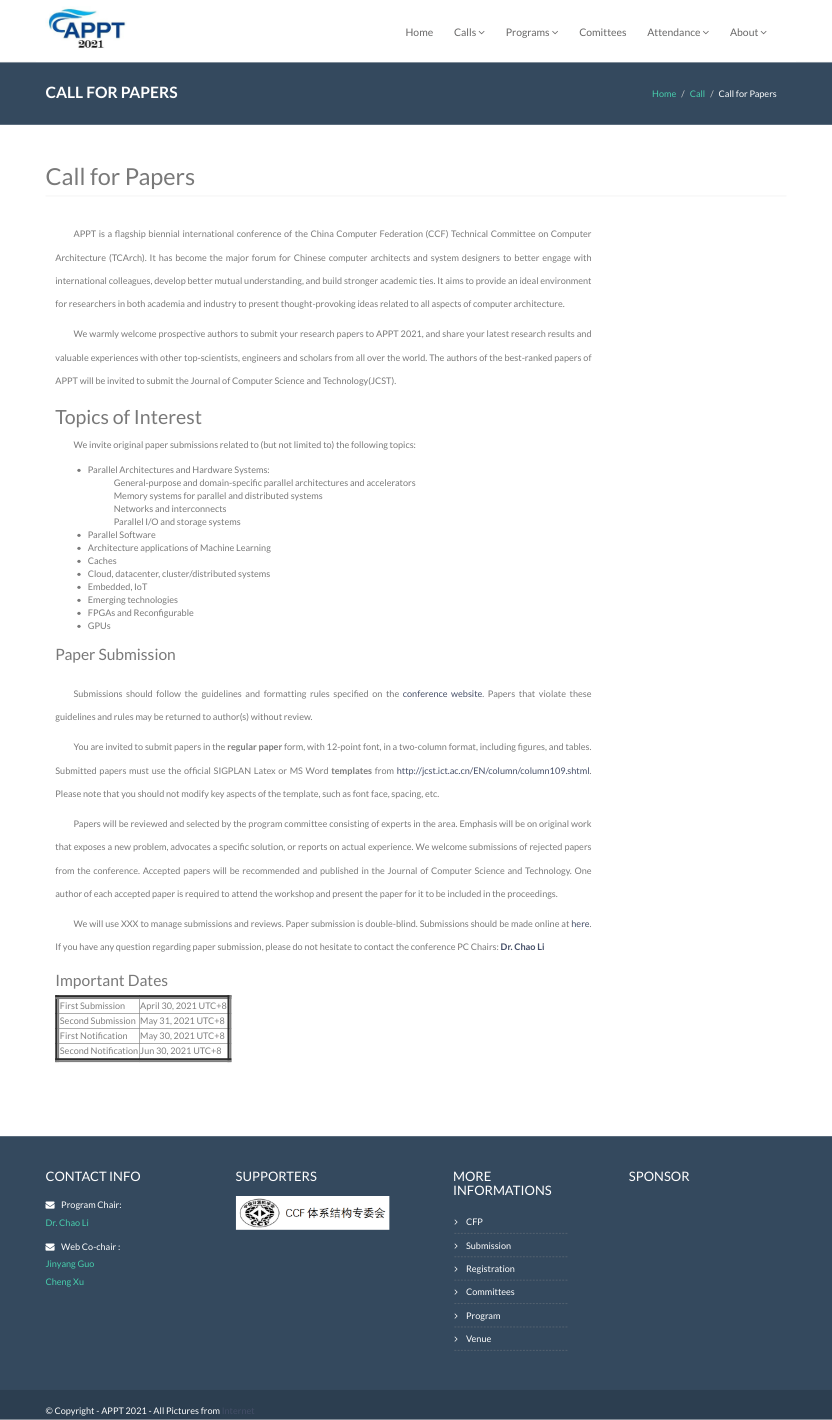
Repository: APPT2021/APPT2021.github.io
Page: call-papers.html
These files come from the project's save history. The page is drawn as it stood at one moment and after the next save; the edit follows.
The browser window is 1280 px wide. The pictures show the whole page, at 65% of full size.

Above is the page before, as saved 2021-03-25 00:30:57.
Console error: ReferenceError: jQuery is not defined

### call-papers.html
<!DOCTYPE html>
<html lang="en">
  <head>
	  <script type="text/javascript" src="js/common/description.js"></script>

	  <script src="https://cdn.bootcss.com/semantic-ui/2.4.1/semantic.js"></script>
    	<link href="https://cdn.bootcss.com/semantic-ui/2.4.1/semantic.css" rel="stylesheet">

    <!-- Bootstrap core CSS -->
    <link href="css\bootstrap.min.css" rel="stylesheet">
    <link href="css\theme.css" rel="stylesheet">
    <link href="css\bootstrap-reset.css" rel="stylesheet">
    <!--external css-->
    <link href="assets\font-awesome\css\font-awesome.css" rel="stylesheet">
    <link rel="stylesheet" href="css\flexslider.css">
    <link href="assets\bxslider\jquery.bxslider.css" rel="stylesheet">
    <link rel="stylesheet" href="css\animate.css">
    <link href='http://fonts.googleapis.com/css?family=Lato' rel='stylesheet' type='text/css'>



      <!-- Custom styles for this template -->
    <link rel="stylesheet" type="text/css" href="css\component.css">
    <link href="css\style.css" rel="stylesheet">
    <link href="css\style-responsive.css" rel="stylesheet">

    <!-- HTML5 shim and Respond.js IE8 support of HTML5 tooltipss and media queries -->
    <!--[if lt IE 9]>
      <script src="js/html5shiv.js"></script>
      <script src="js/respond.min.js"></script>
    <![endif]-->
    <style type="text/css">
<!--
.STYLE1 {	font-size: 24px;
	font-weight: bold;
}
.STYLE2 {	font-size: 16px;
	font-weight: bold;
}
.p1{line-height: 27pt;word-wrap: break-word;text-indent: 2em;text-align: justify;}
-->
    </style>
</head>

  <body>
    <!--header start-->
    <script type="text/javascript" src="js/common/header.js"></script>
    <!--header end-->

    <!--breadcrumbs start-->
    <div class="breadcrumbs">
        <div class="container">
            <div class="row">
                <div class="col-lg-4 col-sm-4">
                    <h1>Call for Papers</h1>
                </div>
                <div class="col-lg-8 col-sm-8">
                    <ol class="breadcrumb pull-right">
                        <li><a href="index-real.html">Home</a></li>
						<li><a href="call-summary.html">Call</a></li>
                        <li class="active">Call for Papers</li>
                    </ol>
                </div>
            </div>
        </div>
    </div>
    <!--breadcrumbs end-->

    <!--container start-->
    <div class="component-bg">
        <div class="container">
            <!-- Forms
================================================== -->
<div class="bs-docs-section mar-b-30" style="padding-left: 0%;">
  <h1 id="forms" class="page-header">Call for Papers </h1>
<br>
  <div class="col-lg-9 col-lg-offset-0" itemprop="articleSection" style = "padding-bottom: 10%">
		<p class="p1">
			APPT is a flagship biennial international conference of the China Computer Federation (CCF) Technical Committee on Computer Architecture (TCArch). It has become the major forum for Chinese computer architects and system designers to better engage with international colleagues, develop better mutual understanding, and build stronger academic ties. It aims to provide an ideal environment for researchers in both academia and industry to present thought-provoking ideas related to all aspects of computer architecture.
		</p>
		<p class="p1">
			We warmly welcome prospective authors to submit your research papers to APPT 2021,
			and share your latest research results and valuable experiences with other top-scientists,
			engineers and scholars from all over the world. The authors of the best-ranked papers of APPT will be invited to submit the Journal of
		    Computer Science and Technology(JCST).
		</p>
		<h2>Topics of Interest</h2>
		<p class="p1">We invite original paper submissions related to (but not limited to) the following topics:</p>


		<ul style="margin-left: 50px;">
			<li style=" text-align: justify;">Parallel Architectures and Hardware Systems:
				<ol>
				<ul>General-purpose and domain-specific parallel architectures and accelerators</ul>
				<ul>Memory systems for parallel and distributed systems</ul>
				<ul>Networks and interconnects</ul>
				<ul>Parallel I/O and storage systems</ul>
				<ul></ul>
				<ul></ul>
				<ul></ul>
				</ol>
			</li>
			<li style=" text-align: justify;">
				Parallel Software
			</li>
			<li style=" text-align: justify;">
				Architecture applications of Machine Learning
			</li>
			<li style=" text-align: justify;">
				Caches
			</li>
			<li style=" text-align: justify;">
				Cloud, datacenter, cluster/distributed systems
			</li>
			<li style=" text-align: justify;">
				Embedded, IoT
			</li>
			<li style=" text-align: justify;">
				Emerging technologies
			</li>
			<li style=" text-align: justify;">
				FPGAs and Reconfigurable
			</li>
			<li style=" text-align: justify;">
				GPUs
			</li>
		</ul>



		<h3>Paper Submission</h3>
		<br>
		<p class="p1">
			Submissions should follow the guidelines and formatting rules
			 specified on the <a href ="http://jcst.ict.ac.cn/EN/column/column107.shtml">conference website</a>.
			 Papers that violate these guidelines and rules may be returned
			 to author(s) without review.
		</p>
		<p class="p1">
		You are invited to submit papers in the <strong>regular paper</strong> form, with 12-point font, in a two-column format, including figures, and tables. Submitted papers must use the official SIGPLAN Latex or MS Word <strong>templates</strong> from
		<a href="http://jcst.ict.ac.cn/EN/column/column109.shtml">http://jcst.ict.ac.cn/EN/column/column109.shtml</a>. Please note that you should
		not modify key aspects of the template, such as font face, spacing, etc.
		</p>
		<p class="p1">
		 Papers will be reviewed and selected by the program committee consisting of experts in the area.
		 Emphasis will be on original work that exposes a new problem, advocates a specific solution,
		  or reports on actual experience. We welcome submissions of rejected papers from the conference.
		  Accepted papers will be recommended and published in the Journal of Computer Science and Technology.
		  One author of each accepted paper is required to attend the workshop and present the paper for it to be included in the proceedings.
		</p>
<p class="p1">
We will use XXX to manage submissions and reviews. Paper submission is double-blind. Submissions should be made online at <a href="https://mc03.manuscriptcentral.com/jcst">here</a>. If you have any question regarding paper submission, please do not hesitate to contact the conference
		PC Chairs: <a href="mailto: chaol@cs.sjtu.edu.cn"><b>Dr. Chao Li</b> </a>
		</p>
		<h3>Important Dates</h3>


		<table role="grid" style="position: relative; color:black" border="6">
			<tbody>
			  <tr style="opacity: 0.5;">
				<td>First Submission</td>
				<td> April 30, 2021 UTC+8 </td>
			  </tr>
			  <tr style="opacity: 0.5;">
				<td>Second Submission</td>
				<td>May 31, 2021 UTC+8</td>
			  </tr>
			  <tr style="opacity: 0.5;">
				<td>First Notification</td>
				<td>May 30, 2021 UTC+8</td>
			  </tr>
			  <tr style="opacity: 0.5;">
				<td>Second Notification</td>
				<td>Jun 30, 2021 UTC+8</td>
			  </tr>
			</tbody>
		 </table>
<!--
		<h3>Camera Ready Submission / Author Kit</h3>
		<p style="text-align: justify; ">
		For the accepted papers to be included in the proceedings, the camera-ready version must be submitted by using the recommended format. The final PDF has to conform to the requirements for publishing on IEEE Xplore. In addition, the IEEE copyright form has to be submitted and at least one author of the paper must register to the conference at a full rate. The registration must cover any over-length page charge. All the steps listed above must be completed by <b>August 2nd, 2020</b>.
		</p>
		<p style="text-align: justify; ">
		Please note that <i>we will not be able to include your paper in the conference proceedings or in IEEE Xplore if you do not follow the instructions below. The conference organizer also reserves the right to exclude a paper from distribution after the conference (e.g., removal from IEEE Xplore) if it is not presented at the conference.</i>
		</p>

		<h3>Best Paper Award</h3>
		<p style=" text-align: justify;">
		All accepted papers SRDS will compete for the "Prof. C. V. Ramamoorthy Best Paper Award". The SRDS Best Paper is named after Prof. Chittoor V. Ramamoorthy, who was instrumental in the 80's for the success of SRDS, many of his former students have also significantly contributed to the conference.
		</p>

		<p style=" text-align: justify;">
		In addition, the authors of the best ranked papers of SRDS will be invited to submit extended versions of their papers to IEEE Transactions on Dependable and Secure Computing.
		</p>

		<p>&nbsp;</p>
		<h3>SRDS 2020 PC Chairs</h3>
		<p>&nbsp;</p>

		<div class="ui three column grid">
			<div class="column">
				<div class="ui card">
				<a class="image" href="http://web.cs.iastate.edu/~borzoo/" target="_blank">
					<img src="img/committees/borzoo.jpg">
				</a>
				<div class="content">
					<a class="header" href="http://web.cs.iastate.edu/~borzoo/" target="_blank">Borzoo Bonakdarpour</a>
					<div class="meta">
					<a>Iowa State University, USA</a>
					</div>
				</div>
				</div>
			</div>
			<div class="column">
				<div class="ui card">
				<a class="image" href="http://www.cs.sjtu.edu.cn/~lichao/" target="_blank">
					<img src="img/committees/li.jpg">
				</a>
				<div class="content">
					<a class="header" href="http://www.cs.sjtu.edu.cn/~lichao/" target="_blank">Chao Li</a>
					<div class="meta">
					<a>Shanghai Jiao Tong University</a>
					</div>
				</div>
				</div>
			</div>
			<div class="column">
				<div class="ui card">
				<a class="image" href="http://vukolic.com/" target="_blank">
					<img src="img/committees/marko.jpg">
				</a>
				<div class="content">
					<a class="header" href="http://vukolic.com/" target="_blank">Marko Vukolić</a>
					<div class="meta">
					<a>IBM Research-Zurich, Switzerland</a>
					</div>
				</div>
				</div>
			</div>
		</div>

	</div>
  <p>&nbsp;</p>
  <!-- /.bs-example -->
</div>
        </div>
    </div>
    <!--container end-->

	<script type="text/javascript" src="js/common/footer.js"></script>

  <!-- js placed at the end of the document so the pages load faster -->
    <script src="js\jquery.js"></script>
    <script src="js\bootstrap.min.js"></script>
    <script type="text/javascript" src="js\hover-dropdown.js"></script>
    <script defer="" src="js\jquery.flexslider.js"></script>
    <script type="text/javascript" src="assets\bxslider\jquery.bxslider.js"></script>

    <script src="js\jquery.easing.min.js"></script>
    <script src="js\link-hover.js"></script>


     <!--common script for all pages-->
    <script src="js\common-scripts.js"></script>
    <script src="js\wow.min.js"></script>
    <script>
        wow = new WOW(
          {
            boxClass:     'wow',      // default
            animateClass: 'animated', // default
            offset:       0          // default
          }
        )
        wow.init();
    </script>


  </body>
</html>

### css/theme.css
body {
  padding-top: 70px;
  padding-bottom: 30px;
}

.theme-dropdown .dropdown-menu {
  display: block;
  position: static;
  margin-bottom: 20px;
}

.theme-showcase > p > .btn {
  margin: 5px 0;
}

### css/flexslider.css
/*
 * jQuery FlexSlider v2.0
 * http://www.woothemes.com/flexslider/
 *
 * Copyright 2012 WooThemes
 * Free to use under the GPLv2 license.
 * http://www.gnu.org/licenses/gpl-2.0.html
 *
 * Contributing author: Tyler Smith (@mbmufffin)
 */


/* Browser Resets */
.flex-container a:active,
.flexslider a:active,
.flex-container a:focus,
.flexslider a:focus  {outline: none;}
.slides,
.flex-control-nav,
.flex-direction-nav {margin: 0; padding: 0; list-style: none;}

/* FlexSlider Necessary Styles
*********************************/
.flexslider {margin: 0; padding: 0;}
.flexslider .slides > li {display: none; -webkit-backface-visibility: hidden;} /* Hide the slides before the JS is loaded. Avoids image jumping */
.flexslider .slides img {width: 100%; display: block;}
.flex-pauseplay span {text-transform: capitalize;}

/* Clearfix for the .slides element */
.slides:after {content: "."; display: block; clear: both; visibility: hidden; line-height: 0; height: 0;}
html[xmlns] .slides {display: block;}
* html .slides {height: 1%;}

/* No JavaScript Fallback */
/* If you are not using another script, such as Modernizr, make sure you
 * include js that eliminates this class on page load */
.no-js .slides > li:first-child {display: block;}


/* FlexSlider Default Theme
*********************************/
.flexslider {margin: 0 0 0px; background: #fff; border: 4px solid #fff; position: relative; -webkit-border-radius: 4px; -moz-border-radius: 4px; -o-border-radius: 4px; border-radius: 4px; zoom: 1;}
.flex-viewport {max-height: 2000px; -webkit-transition: all 1s ease; -moz-transition: all 1s ease; transition: all 1s ease;}
.loading .flex-viewport {max-height: 300px;}
.flexslider .slides {zoom: 1;}

.carousel li {margin-right: 5px}


/* Direction Nav */
.flex-direction-nav {*height: 0;}

.flex-direction-nav a {width: 30px; height: 30px; margin: -20px 0 0; display: block; background: url(../img/bg_direction_nav.png) no-repeat 0 0; position: absolute; top: 50%; z-index: 10; cursor: pointer; text-indent: -9999px; opacity: 0; -webkit-transition: all .3s ease;}

.flex-direction-nav .flex-next {background-position: 100% 0; right: -36px; }
.flex-direction-nav .flex-prev {left: -36px;}
.flexslider:hover .flex-next {opacity: 0.8; right: 5px;}
.flexslider:hover .flex-prev {opacity: 0.8; left: 5px;}
.flexslider:hover .flex-next:hover, .flexslider:hover .flex-prev:hover {opacity: 1;}
.flex-direction-nav .flex-disabled {opacity: .3!important; filter:alpha(opacity=30); cursor: default;}

/* Control Nav */
.flex-control-nav {width: 100%; position: absolute; bottom: -40px; text-align: center;}
.flex-control-nav li {margin: 0 6px; display: inline-block; zoom: 1; *display: inline;}
.flex-control-paging li a {width: 11px; height: 11px; display: block; background: #666; background: rgba(0,0,0,0.5); cursor: pointer; text-indent: -9999px; -webkit-border-radius: 20px; -moz-border-radius: 20px; -o-border-radius: 20px; border-radius: 20px; box-shadow: inset 0 0 3px rgba(0,0,0,0.3);}
.flex-control-paging li a:hover { background: #333; background: rgba(0,0,0,0.7); }
.flex-control-paging li a.flex-active { background: #000; background: rgba(0,0,0,0.9); cursor: default; }

.flex-control-thumbs {margin: 5px 0 0; position: static; overflow: hidden;}
.flex-control-thumbs li {width: 25%; float: left; margin: 0;}
.flex-control-thumbs img {width: 100%; display: block; opacity: .7; cursor: pointer;}
.flex-control-thumbs img:hover {opacity: 1;}
.flex-control-thumbs .flex-active {opacity: 1; cursor: default;}

@media screen and (max-width: 860px) {
  .flex-direction-nav .flex-prev {opacity: 1; left: 0;}
  .flex-direction-nav .flex-next {opacity: 1; right: 0;}
}

### css/style-responsive.css
@media (min-width: 768px) and (max-width: 980px) {
    .col-4 .item {
        width: 47%;
        margin-right: 2%;
        margin-bottom: 2%;
    }
}

@media (max-width: 768px) {


    .navbar-toggle {
        margin-top: 12px;
    }

    .head-section .navbar-collapse  ul.navbar-nav {
        float: none;
        margin-left: 0;
    }

    .head-section .nav li a:hover,
    .head-section .nav li a:focus,
    .head-section .nav li a.dropdown-toggle:focus,
    .head-section .nav li a.dropdown-toggle .dropdown-menu li a:hover,
    .head-section .nav li.active a,
    .head-section .dropdown-menu li a:hover {
        color: #fff !important;
    }

    .head-section .navbar-nav > li {
        padding: 0;
        margin-bottom: 2px;
    }

    .head-section .nav li ul.dropdown-menu li a {
        margin-left: 0px;
        color: #999!important; ;
    }

    .head-section .nav li .dropdown-menu li a:hover, .head-section .nav li .dropdown-menu li.active a {
        color: #fff !important;
    }

    .purchase-btn, .about-testimonial {
        margin-top: 10px;
    }

    .breadcrumb.pull-right{
        padding: 0;
    }

    .search, .bx-controls-direction {
        display: none;
    }

    .tweet-box {
        margin-bottom: 20px;
    }

    .property img {
        width: 80%;
    }

    .bx-wrapper {
        margin-bottom: 60px;
    }

    .purchase-btn, .about-testimonial {
        margin-top: 0;
    }

    .purchase-btn {
        line-height: 98px;
    }

    .social-link-footer li a {
        font-size: 16px;
        height: 40px;
        width: 40px;
    }

    .navbar-header {
        float: none;
        text-align: center;
        width: 100%;
        margin: 10px 0;
    }

    .navbar-brand {
        float: none;

    }

    .carousel-control {
        font-size: 45px;
        line-height: 70px;
    }

    .btn, .form-control {
        margin-bottom: 10px;
    }



}


@media (max-width: 480px) {

    .head-section .navbar {
        min-height: 60px;
    }

    .navbar-toggle {
        margin-right: -10px;
    }

    .head-section .nav li .dropdown-menu li a:hover {
        color: #48C9B0 !important;
    }

    .navbar-brand {
        margin-top: 10px !important;
        float: left !important;
    }

    .col-4 .item {
        width: 100%;
        margin-right: 0%;
        margin-bottom: 2%;
    }

    .breadcrumb.pull-right{
        float: left !important;
        margin-top: 10px;
        padding: 0;
    }

    .carousel-control {
        font-size: 23px;
        line-height: 38px;
    }
}

@media (max-width:320px) {


}



@media (max-width: 900px) {
    /*Slider Sequence*/
    #sequence-theme .info {
        top:80px !important;
        width:60% !important;
        margin-right:50px;
    }

    /*Slider Parallax*/
    .da-slide .da-img {
        display:none;
    }
}

@media (max-width: 450px) {
    /*Slider Sequence*/
    #sequence-theme .info {
        top:70px !important;
        width:70% !important;
        margin-right:25px;
    }
    #sequence-theme h2 {
        font-size:30px !important;
    }
    #sequence-theme .info p {
        font-size:18px !important;
    }

    /*Slider Parallax*/
    .da-slide p {
        display:none;
    }
}

Loaded but not shown: css/bootstrap.min.css (library); css/bootstrap-reset.css (library); assets/font-awesome/css/font-awesome.css (library); assets/bxslider/jquery.bxslider.css (library); css/animate.css (library); js/jquery.js (library); js/bootstrap.min.js (library); assets/bxslider/jquery.bxslider.js (library); js/jquery.easing.min.js (library); js/wow.min.js (library); js/jquery.flexslider.js (library); js/link-hover.js (621 lines, source omitted); js/common/header.js (79 lines, source omitted); js/common/footer.js (83 lines, source omitted); js/hover-dropdown.js (135 lines, source omitted); js/common/description.js (11 lines, source omitted); js/common-scripts.js (42 lines, source omitted); css/style.css (2977 lines, source omitted); css/component.css (1591 lines, source omitted)

After the next save:
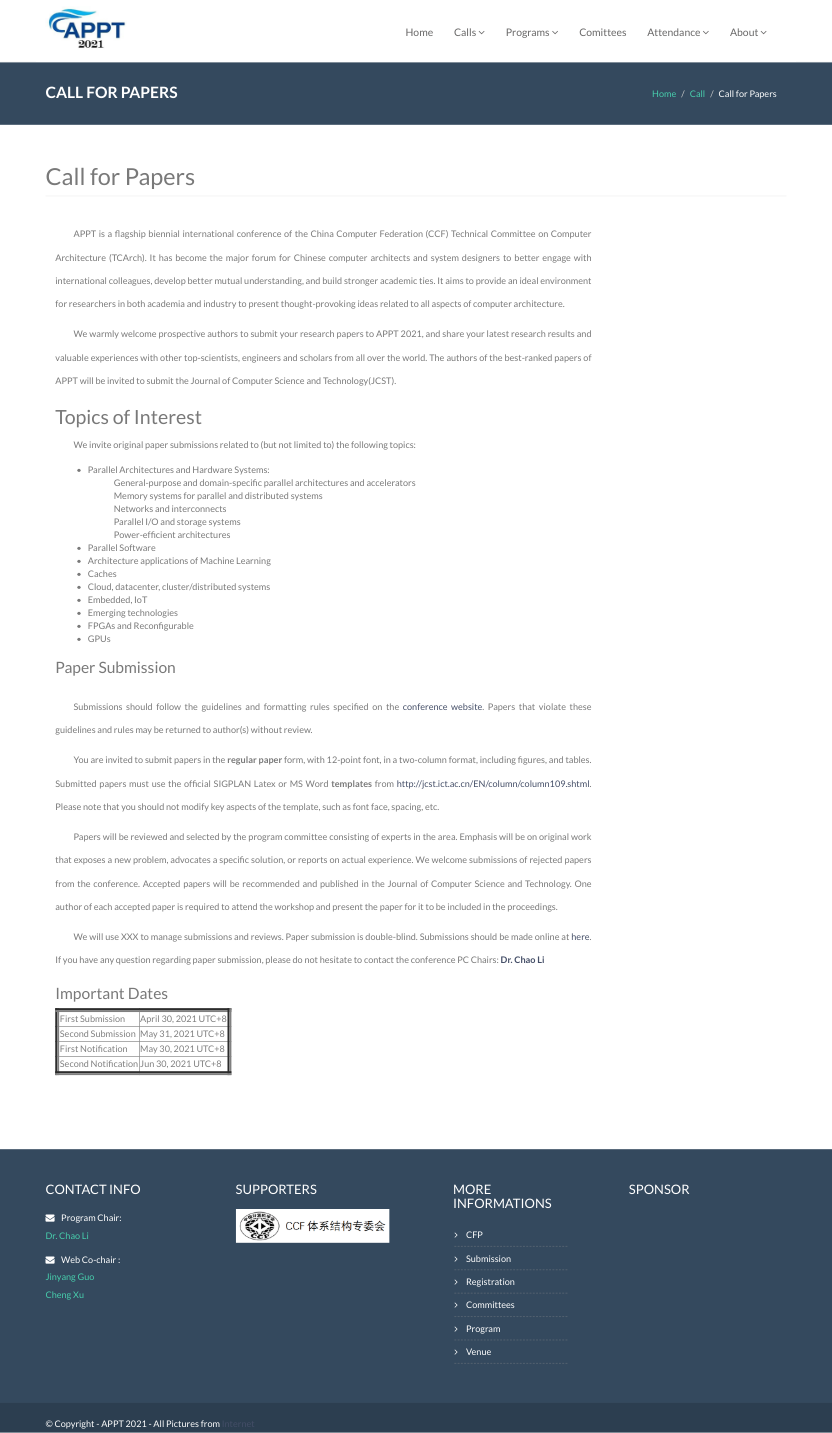
Saved 19 s later.
--- a/call-papers.html
+++ b/call-papers.html
@@ -95,7 +95,7 @@
 				<ul>Memory systems for parallel and distributed systems</ul>
 				<ul>Networks and interconnects</ul>
 				<ul>Parallel I/O and storage systems</ul>
-				<ul></ul>
+				<ul>Power-efficient architectures</ul>
 				<ul></ul>
 				<ul></ul>
 				</ol>
